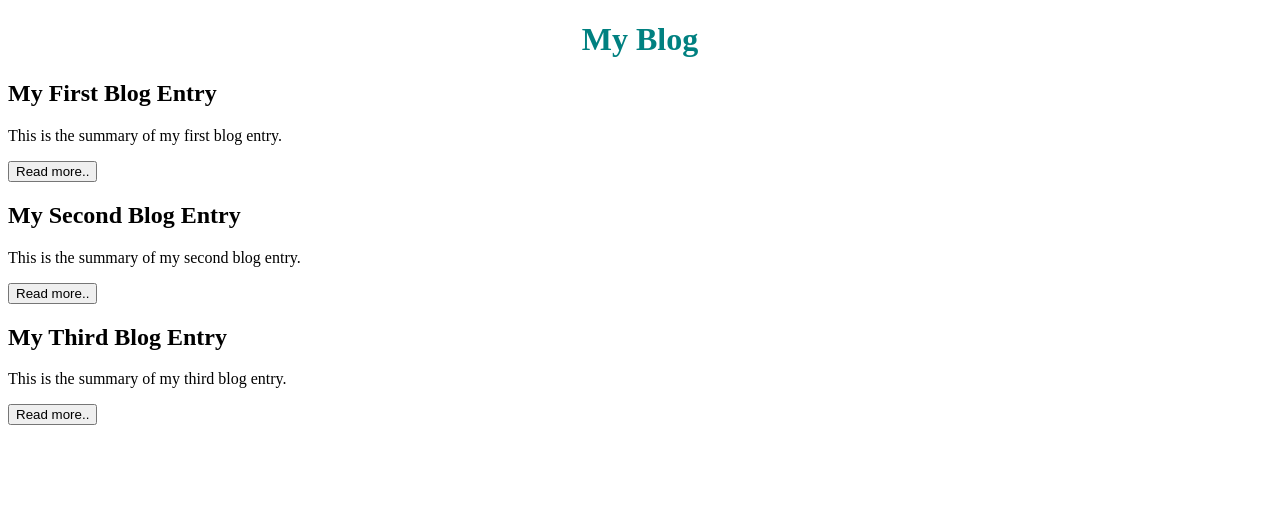
Repository: deniseada/class1
Page: /
The author's editor kept a copy of each file at every save. The page is drawn from the files as they stood at one save, then again after the next save.
The browser window is 1280 px wide. The pictures show the whole page.
The project was rebuilt for these pictures with package versions that can differ from the ones it lists, and the page was loaded fresh each time. Also part of the build but not shown: vite.config.js.

Above is the page before, as saved 2025-09-10 13:57:25.

After the next save:
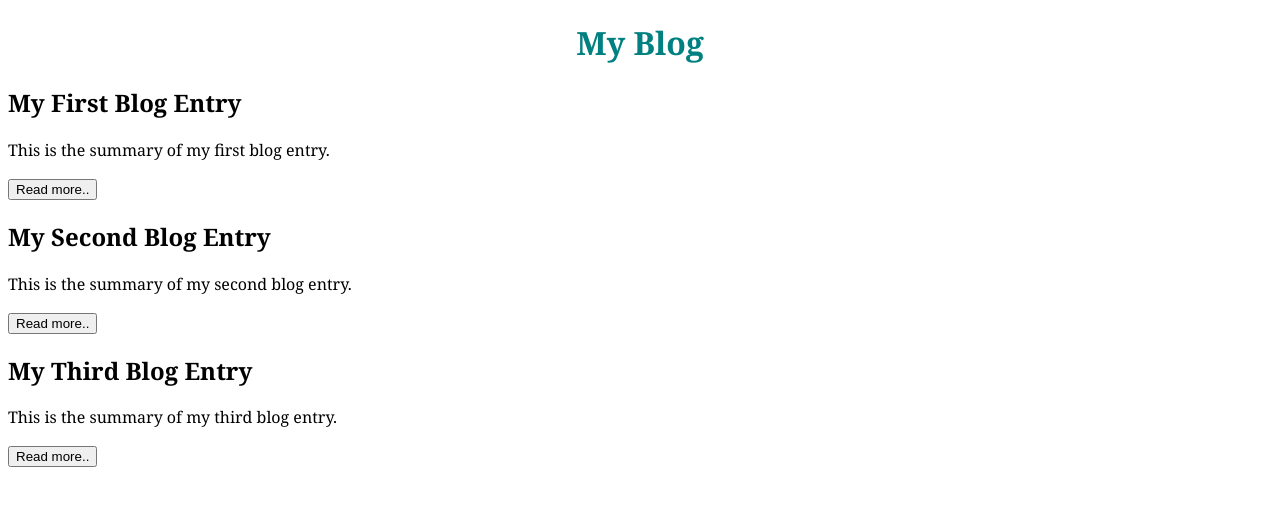
Saved 50 s later.
--- a/src/index.css
+++ b/src/index.css
@@ -1,3 +1,6 @@
+html {
+  font-family: Georgia, "Times New Roman", Times, serif;
+}
 h1 {
   color: teal;
   text-align: center;

After the save that followed:
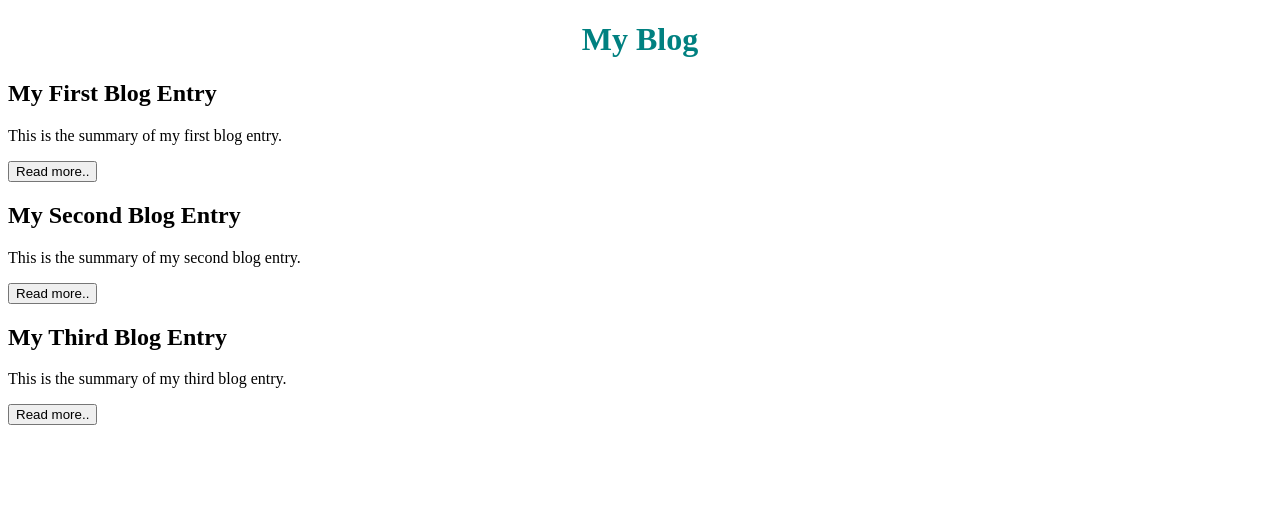
Saved 21 s later.
--- a/src/index.css
+++ b/src/index.css
@@ -1,5 +1,5 @@
 html {
-  font-family: Georgia, "Times New Roman", Times, serif;
+  font-family::'Segoe UI', Tahoma, Geneva, Verdana, sans-serif
 }
 h1 {
   color: teal;
